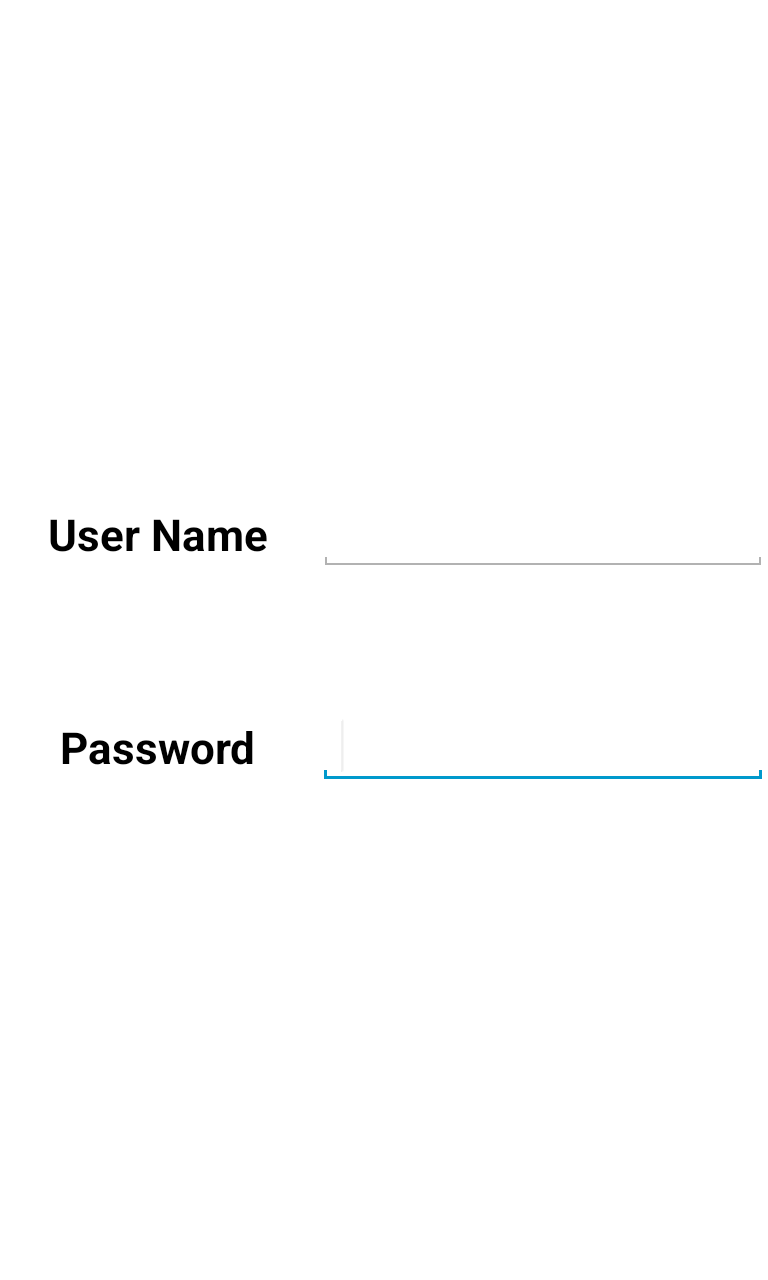
Repository: soumen91/GridView
Layout: EdgeAuto/res/layout/activity_main.xml
An editor plug-in stored every save of this project. The layout is shown before and after the next save, followed by the edit.
It is drawn on a 768 x 1280 px phone screen (xhdpi) without system bars, with theme AppTheme; the app's code is not run.

Above is the layout before, as saved 2013-06-18 12:36:33.

### EdgeAuto/res/layout/activity_main.xml
<RelativeLayout xmlns:android="http://schemas.android.com/apk/res/android"
    xmlns:tools="http://schemas.android.com/tools"
    android:layout_width="match_parent"
    android:layout_height="match_parent"
    tools:context=".MainActivity" >

    <LinearLayout
        android:layout_width="fill_parent"
        android:layout_height="fill_parent"
        android:orientation="vertical" >

        <LinearLayout
            android:layout_width="match_parent"
            android:layout_height="fill_parent"
            android:layout_weight="1"
            android:orientation="vertical" >
        </LinearLayout>

        <LinearLayout
            android:layout_width="match_parent"
            android:layout_height="fill_parent"
            android:layout_weight="1"
            android:orientation="vertical" >

            <LinearLayout
                android:layout_width="match_parent"
                android:layout_height="wrap_content"
                android:layout_weight="1"
                android:orientation="horizontal" >

                <LinearLayout
                    android:layout_width="fill_parent"
                    android:layout_height="match_parent"
                    android:layout_weight="1"
                    android:gravity="center" >

                    <TextView
                        android:id="@+id/textView1"
                        android:layout_width="wrap_content"
                        android:layout_height="wrap_content"
                        android:text="User Name"
                        android:textAppearance="?android:attr/textAppearanceLarge"
                        android:textStyle="bold" />
                </LinearLayout>

                <LinearLayout
                    android:layout_width="fill_parent"
                    android:layout_height="match_parent"
                    android:layout_weight=".70"
                    android:gravity="center" >

                    <EditText
                        android:id="@+id/editText1"
                        android:layout_width="wrap_content"
                        android:layout_height="wrap_content"
                        android:layout_weight="1"
                        android:inputType="text"
                        android:singleLine="true" >

                        <requestFocus />
                    </EditText>
                </LinearLayout>
            </LinearLayout>

            <LinearLayout
                android:layout_width="match_parent"
                android:layout_height="wrap_content"
                android:layout_weight="1"
                android:orientation="horizontal" >

                <LinearLayout
                    android:layout_width="fill_parent"
                    android:layout_height="match_parent"
                    android:layout_weight="1"
                    android:gravity="center" >

                    <TextView
                        android:id="@+id/textView1"
                        android:layout_width="wrap_content"
                        android:layout_height="wrap_content"
                        android:text="Password"
                        android:textAppearance="?android:attr/textAppearanceLarge"
                        android:textStyle="bold" />
                </LinearLayout>

                <LinearLayout
                    android:layout_width="fill_parent"
                    android:layout_height="match_parent"
                    android:layout_weight=".70"
                    android:gravity="center" >

                    <EditText
                        android:id="@+id/editText1"
                        android:layout_width="wrap_content"
                        android:layout_height="wrap_content"
                        android:inputType="textPassword"
                        android:singleLine="true"
                        android:layout_weight="1" >

                        <requestFocus />
                    </EditText>
                </LinearLayout>
            </LinearLayout>
        </LinearLayout>

        <LinearLayout
            android:layout_width="match_parent"
            android:layout_height="fill_parent"
            android:gravity="center"
            android:layout_weight="1"
            android:orientation="vertical" >
        </LinearLayout>
    </LinearLayout>

</RelativeLayout>

Loaded but not shown: EdgeAuto/res/values/styles.xml (common file); EdgeAuto/res/values-v11/styles.xml (common file); EdgeAuto/res/values-v14/styles.xml (common file)

After the next save:
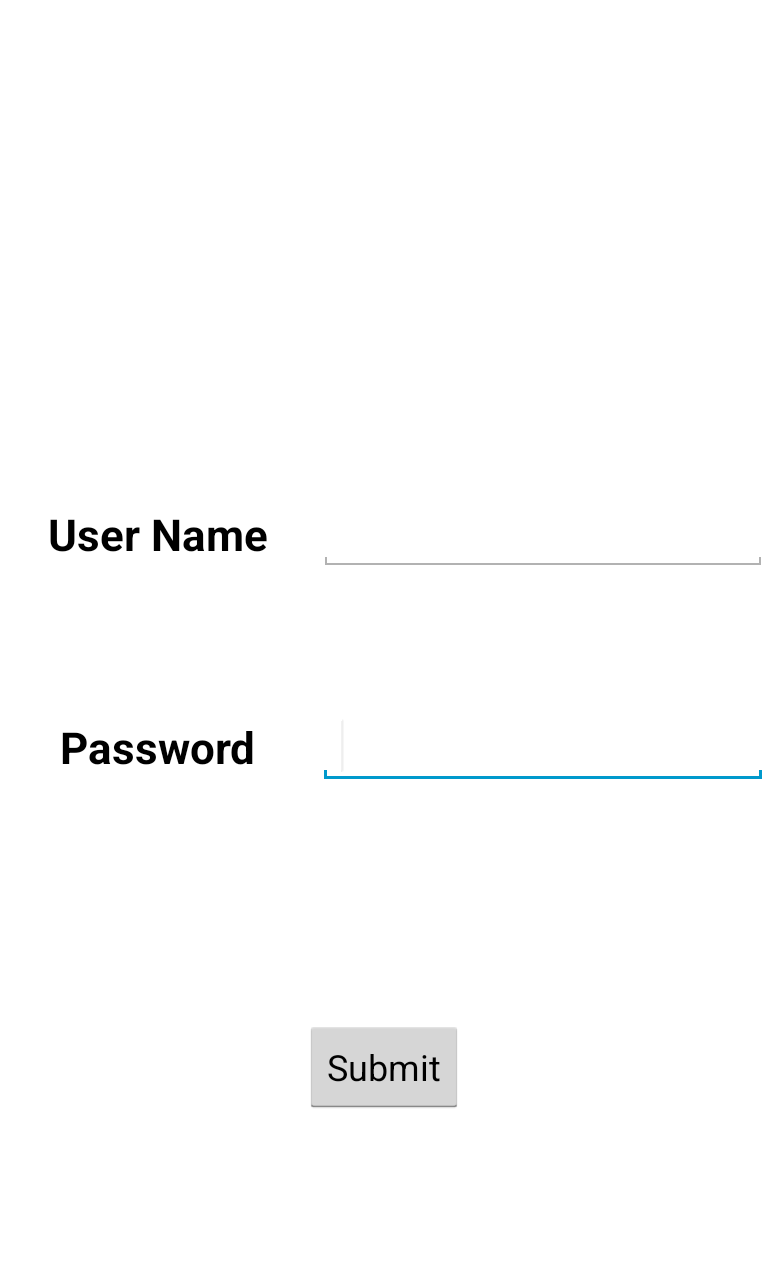
Saved 24 min 24 s later.
--- a/EdgeAuto/res/layout/activity_main.xml
+++ b/EdgeAuto/res/layout/activity_main.xml
@@ -109,6 +109,13 @@
             android:gravity="center"
             android:layout_weight="1"
             android:orientation="vertical" >
+
+            <Button
+                android:id="@+id/button1"
+                android:layout_width="wrap_content"
+                android:layout_height="wrap_content"
+                android:text="Submit" />
+
         </LinearLayout>
     </LinearLayout>
 
